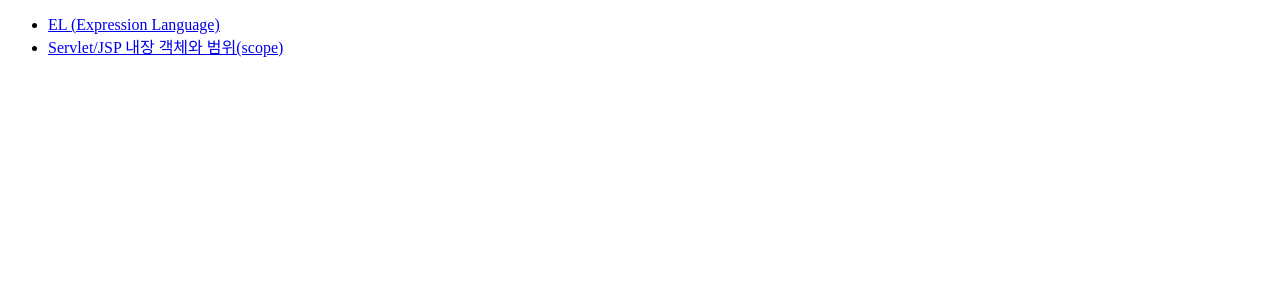
Repository: Rabsterd/6_Server
Page: JSPProject2/src/main/webapp/index.html
These files come from the project's save history. The page is drawn as it stood at one moment and after the next save; the edit follows.
The browser window is 1280 px wide. The pictures show the whole page.

Above is the page before, as saved 2023-09-19 03:09:27.

After the next save:
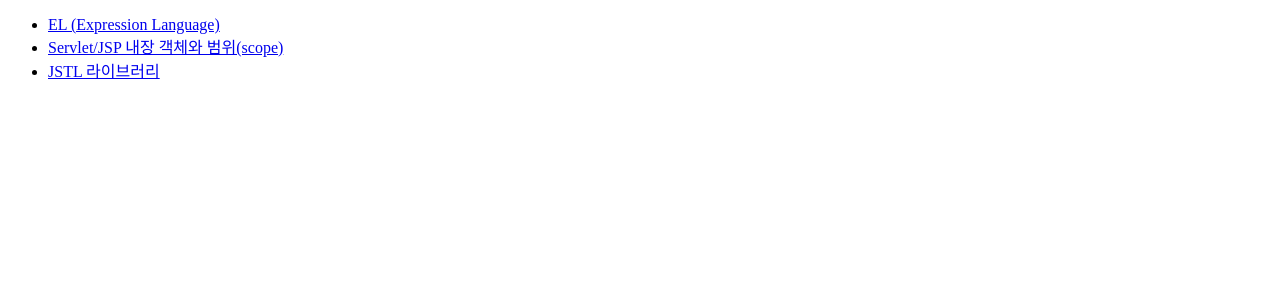
Saved 4 s later.
--- a/JSPProject2/src/main/webapp/index.html
+++ b/JSPProject2/src/main/webapp/index.html
@@ -12,6 +12,8 @@
 
         <!-- 상대 경로 (현재 주소(위치)를 기준으로 작성) -->
         <li><a href="scope">Servlet/JSP 내장 객체와 범위(scope)</a></li>
+
+        <li><a href="jspl/main">JSTL 라이브러리</a></li>
     </ul>
 </body>
 </html>
